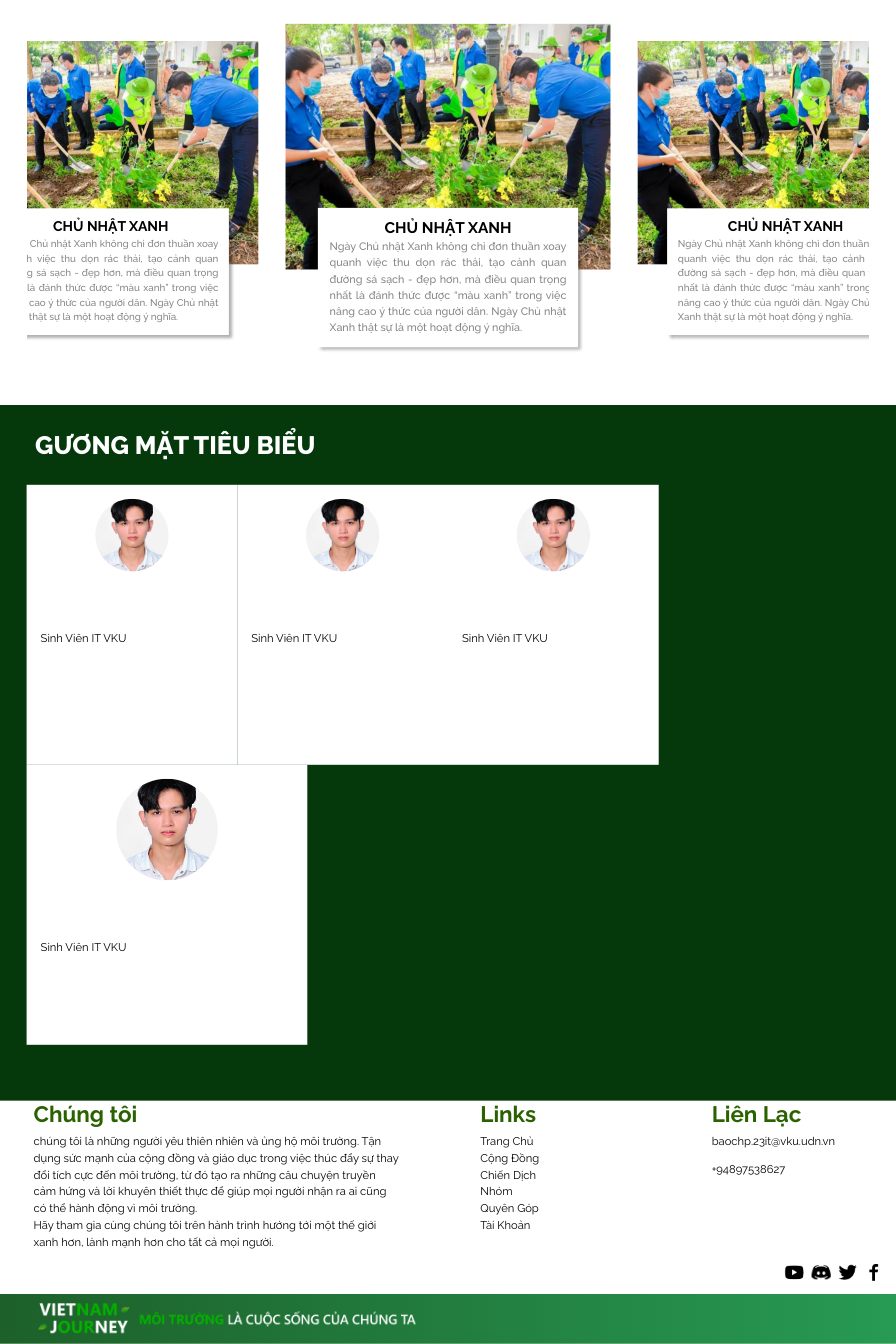
Repository: Boima12/Boima12.github.io_VietnamJourney
Page: HTML/ChienDich/ChienDich.html
An editor plug-in stored every save of this project. The page is shown before and after the next save, followed by the edit.
The browser window is 1280 px wide. The pictures show the part of the page from y = 3141 to 5061 px (the page is 5061 px tall before and 4661 px after), at 70% of full size.

Above is the page before, as saved 2024-05-25 13:11:39.

After the next save:
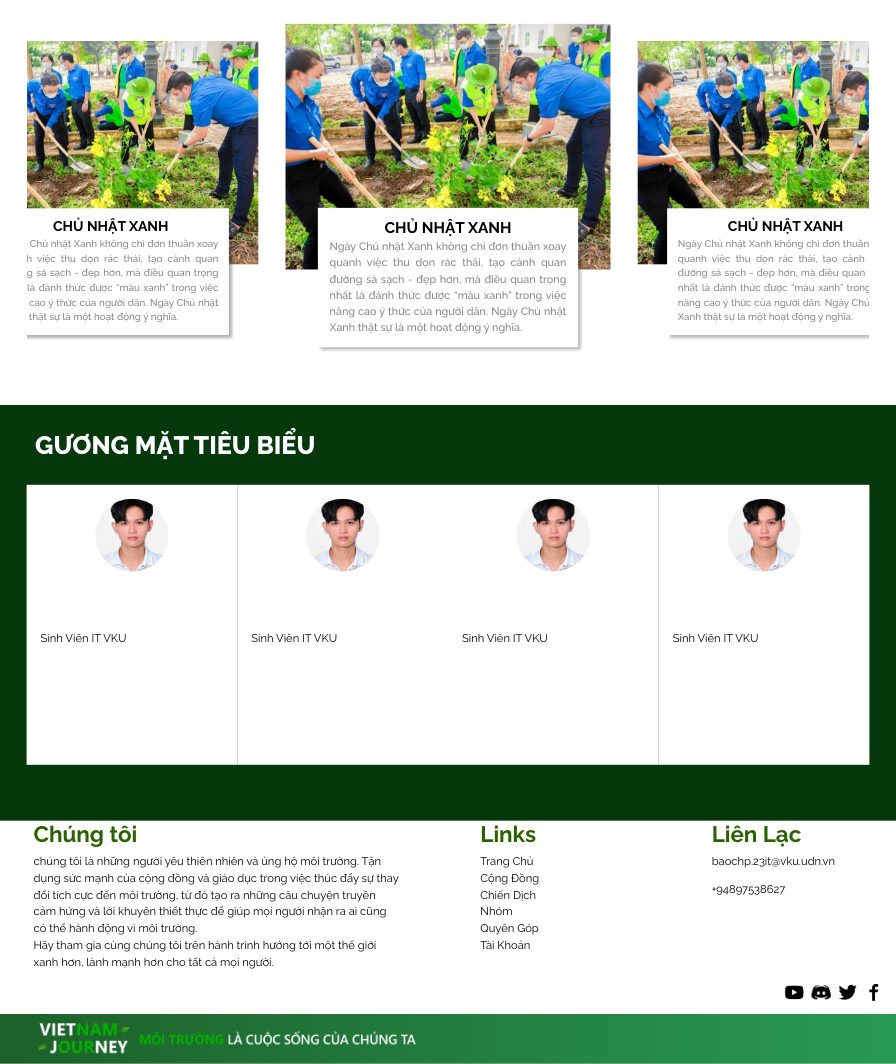
Saved 4 s later.
--- a/HTML/ChienDich/ChienDich.html
+++ b/HTML/ChienDich/ChienDich.html
@@ -435,7 +435,7 @@
                     <div class="desc">Sinh Viên IT VKU</div>
                 </div>
 
-                <div class="item col-xl-4  col-lg-3 col-md-6 col-sm-6 col-12">
+                <div class="item col-xl-3  col-lg-3 col-md-6 col-sm-6 col-12">
                     <img src="./images/ảnh thẻ.jpg" alt="">
                     <div class="title">Dương Đính</div>
                     <div class="desc">Sinh Viên IT VKU</div>
